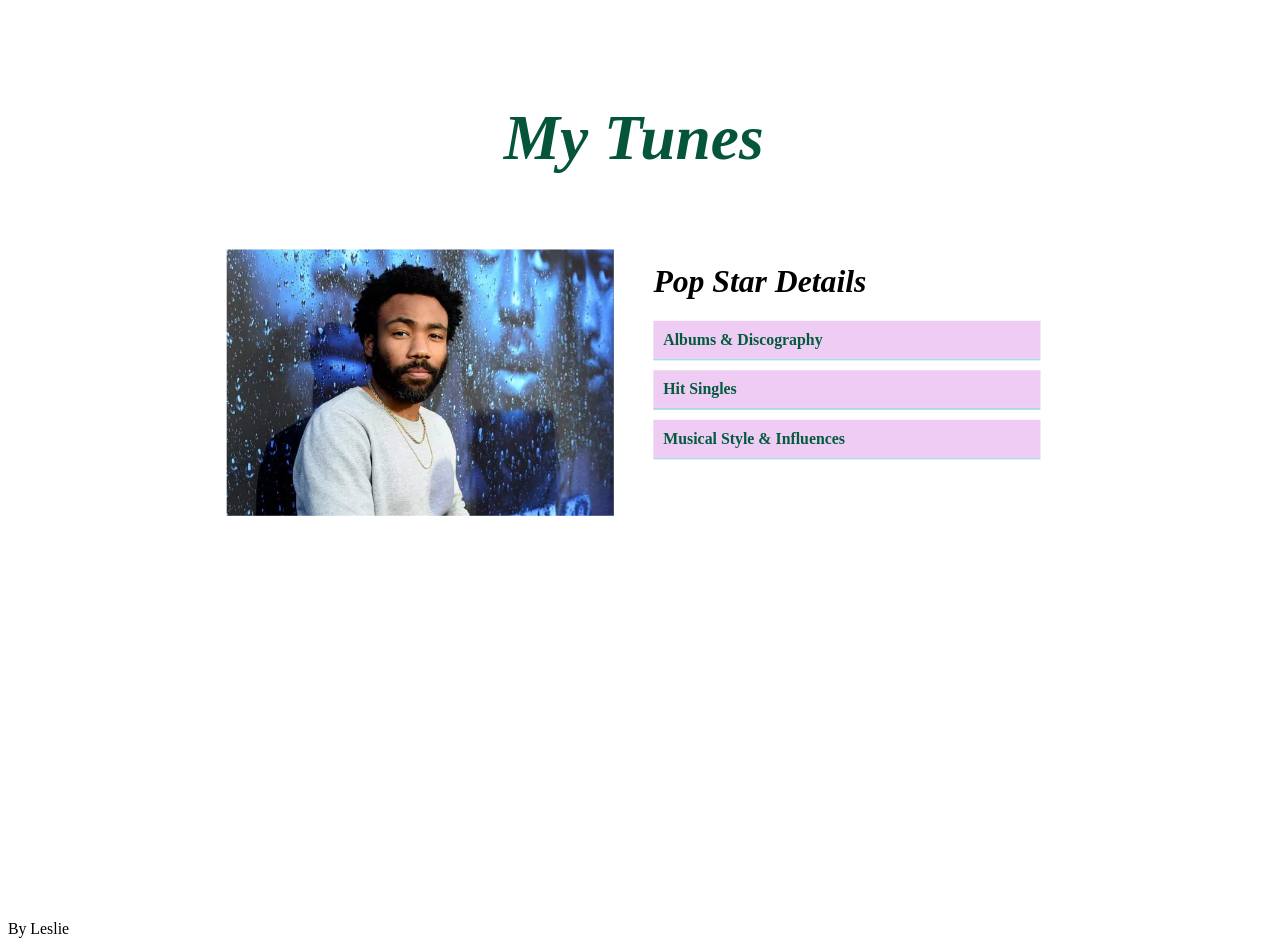
Repository: leslie179/labOne
Page: /
An editor plug-in stored every save of this project. The page is shown before and after a run of saves, followed by the edit.
The browser window is 1280 px wide. The pictures show the whole page, at 99% of full size.
The project was rebuilt for these pictures with package versions that can differ from the ones it lists, and the page was loaded fresh each time. The framework's server and built-in components were replaced by stand-ins that run in the browser. Also part of the build but not shown: next.config.js, components/Footer/Footer.module.css.

Above is the page before, as saved 2024-09-15 22:45:55.

After the next 2 saves:
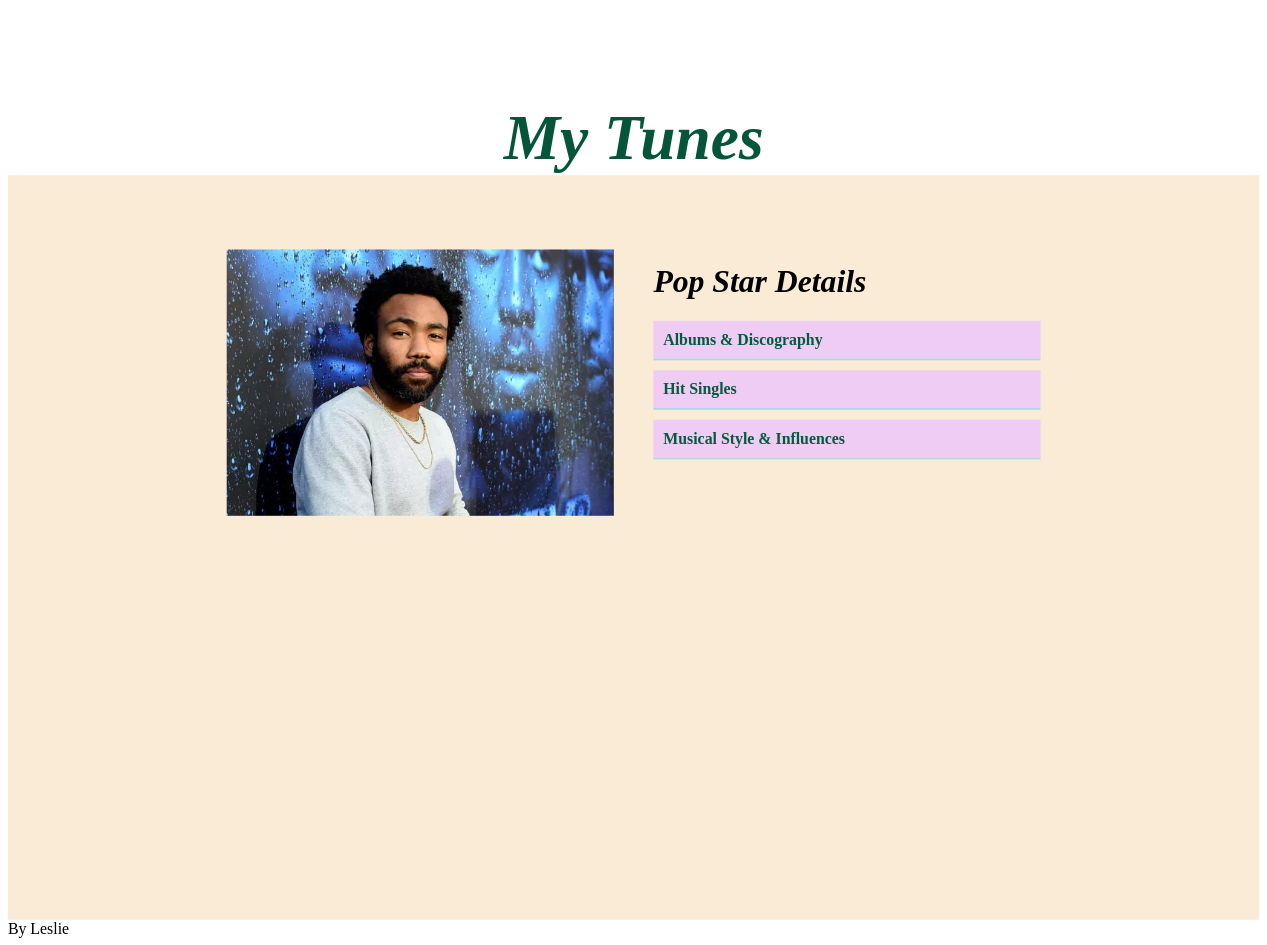
The 2 saves are shown as one change because they came seconds apart.
The last was saved 10 s later.
--- a/styles/Home.module.css
+++ b/styles/Home.module.css
@@ -5,6 +5,7 @@
   align-items: center;
   padding: 1rem;
   min-height: 20vh;
+  background-color: antiquewhite;
 }
 
 .container {

After the save that followed:
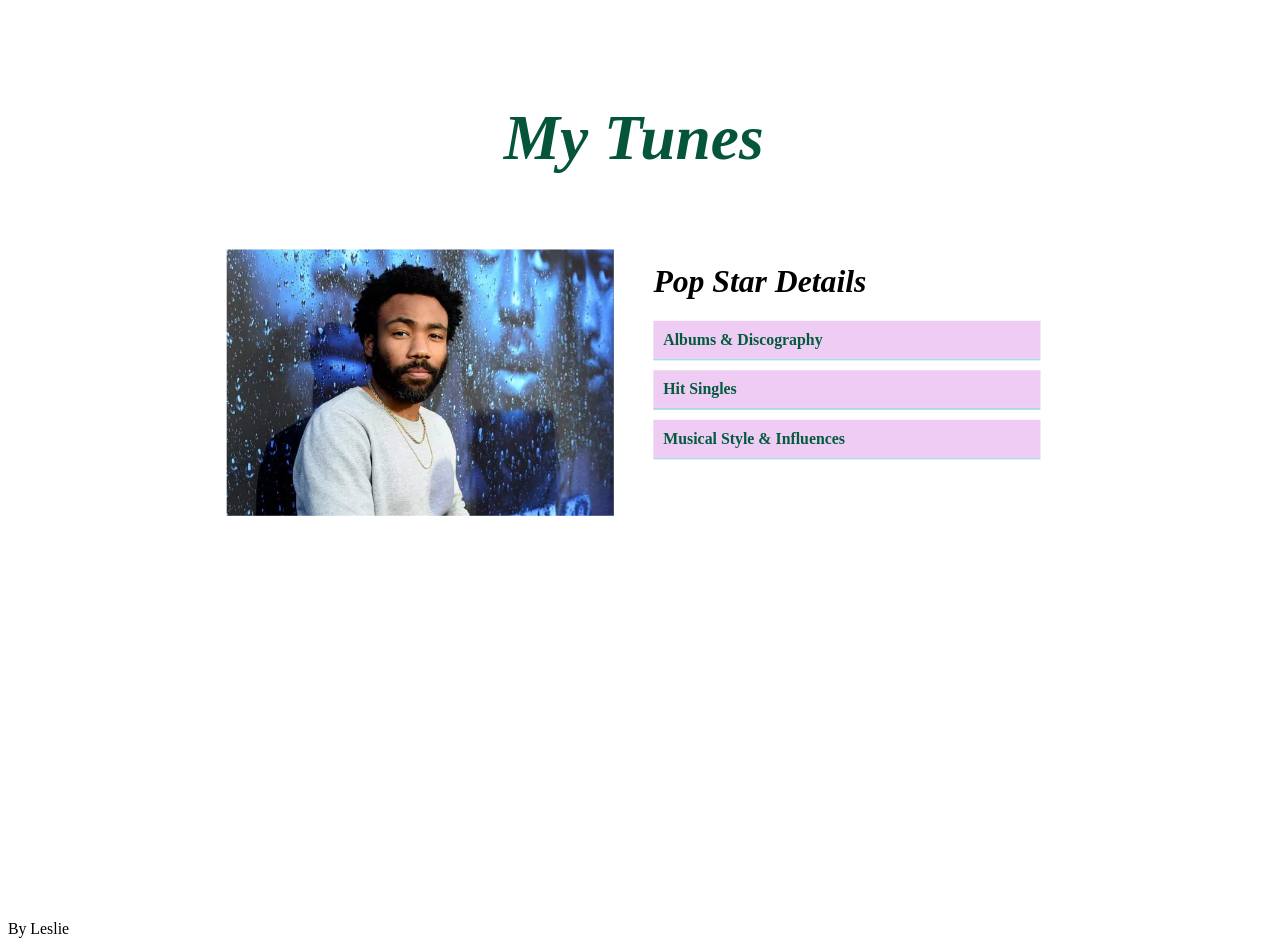
Saved 7 s later.
--- a/styles/Home.module.css
+++ b/styles/Home.module.css
@@ -5,7 +5,6 @@
   align-items: center;
   padding: 1rem;
   min-height: 20vh;
-  background-color: antiquewhite;
 }
 
 .container {
